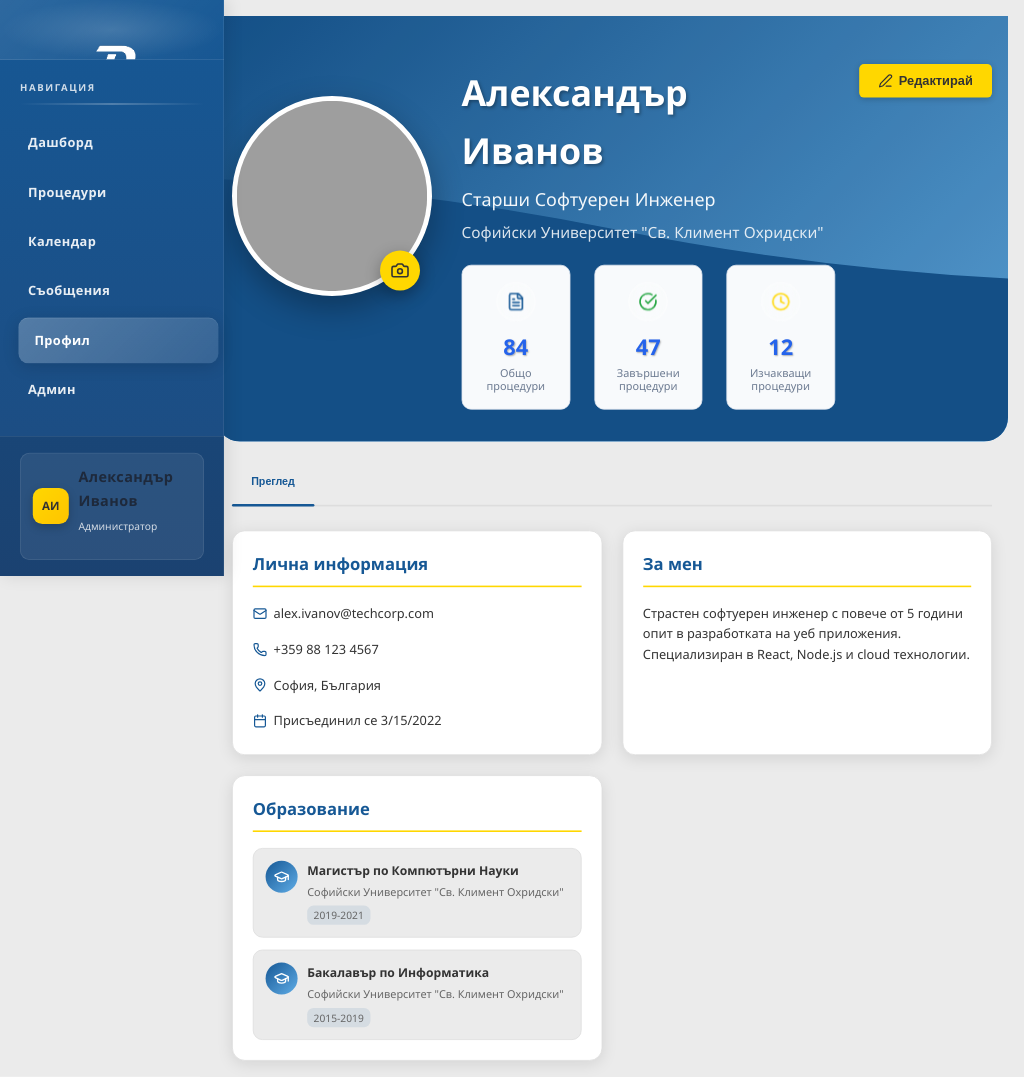
Repository: BorisSavianov/doxa-frontend
Page: /profile
The author's editor kept a copy of each file at every save. The page is drawn from the files as they stood at one save, then again after the next save.
The browser window is 1280 px wide. The pictures show the whole page, at 80% of full size.
Pictures or frames that could not be fetched are drawn as grey boxes. The project was rebuilt for these pictures with package versions that can differ from the ones it lists, and the page was loaded fresh each time. Also part of the build but not shown: vite.config.js, src/components/Layout/Header.jsx, src/pages/Dashboard.jsx, src/pages/Inbox.css, src/pages/Inbox.jsx, src/pages/Calendar.css, src/pages/Calendar.jsx, src/pages/Admin.jsx and 2 more.

Above is the page before, as saved 2025-10-24 15:12:32.

After the next save:
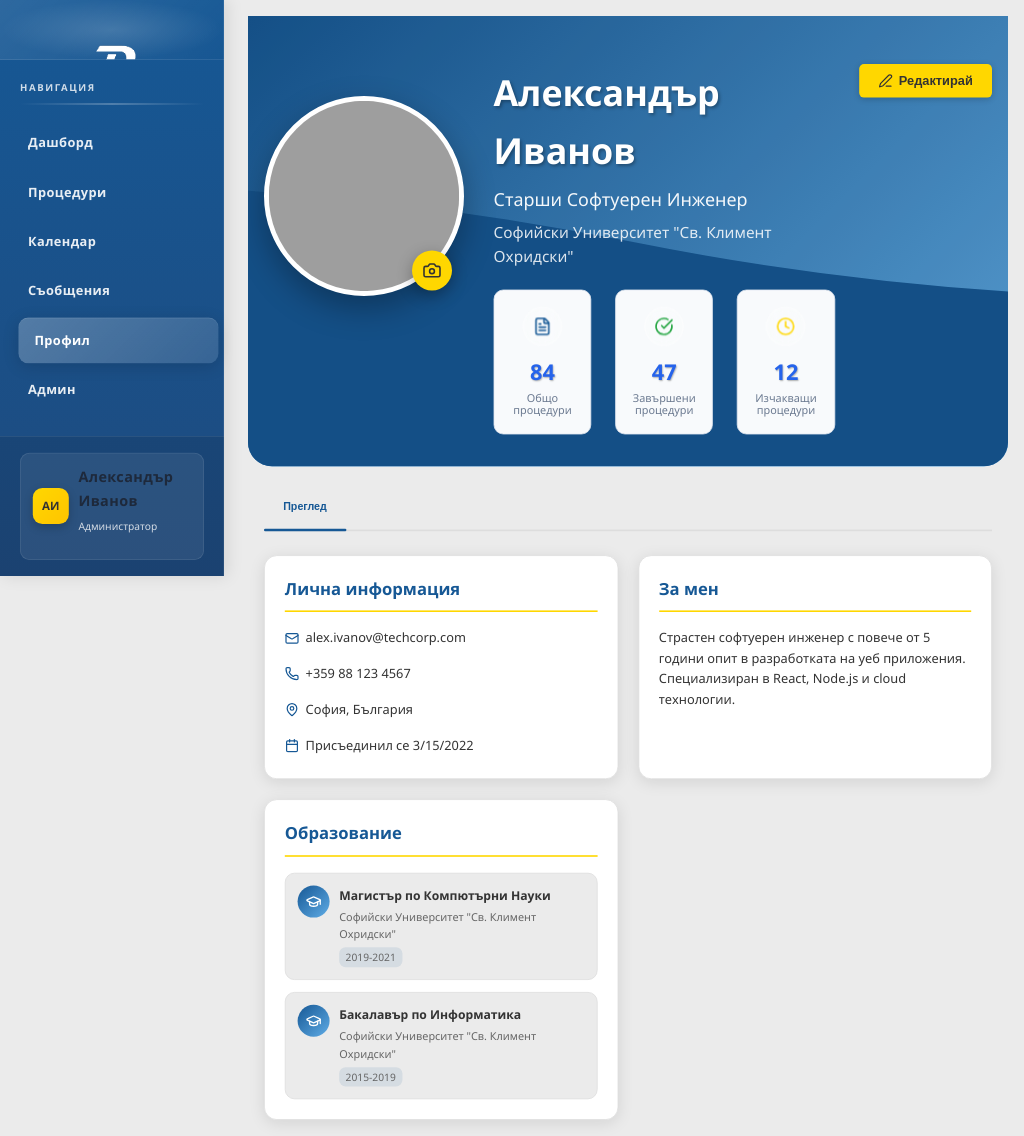
Saved 5 s later.
--- a/src/styles/globals.css
+++ b/src/styles/globals.css
@@ -52,7 +52,7 @@ body {
 .main-content {
   flex: 1;
   padding: 20px;
-  margin-left: 250px;
+  margin-left: 290px;
   transition: var(--transition);
   background: var(--background);
 }
